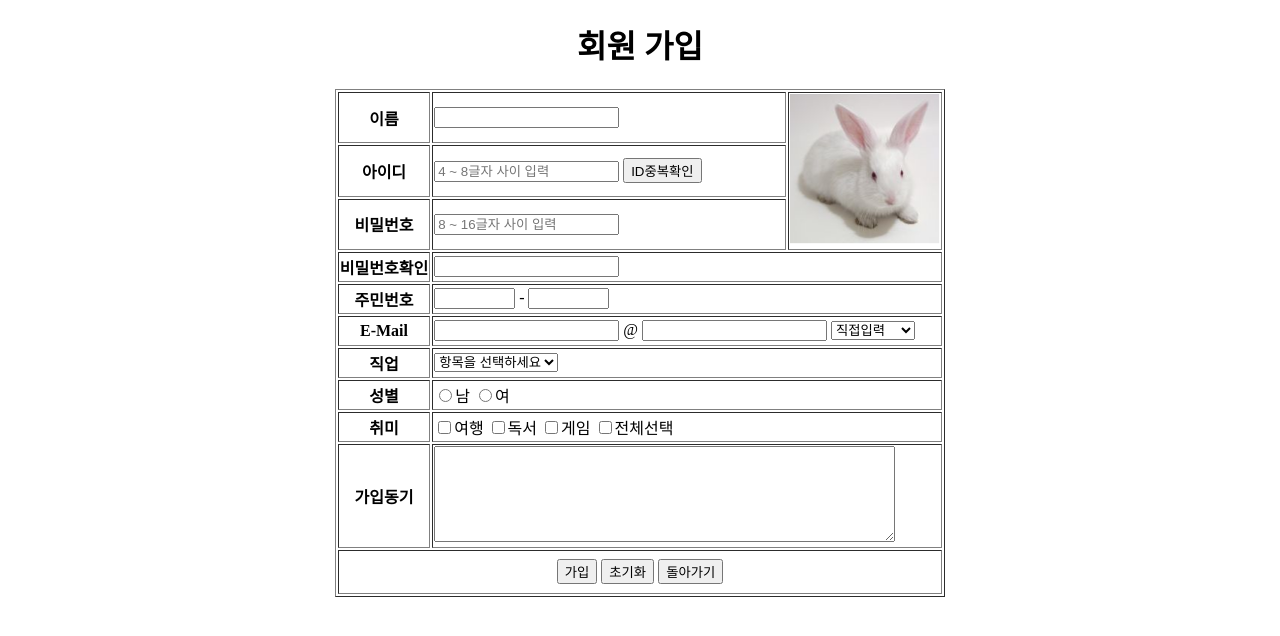
Repository: KimMinseooo/itwillStudy
Page: BACKEND/JSP/workspace_jsp/StudyHTML/src/main/webapp/1025/final_exam.html
The author's editor kept a copy of each file at every save. The page is drawn from the files as they stood at one save, then again after the next save.
The browser window is 1280 px wide. The pictures show the whole page.

Above is the page before, as saved 2024-10-25 06:16:48.

### BACKEND/JSP/workspace_jsp/StudyHTML/src/main/webapp/1025/final_exam.html
<!DOCTYPE html>
<html>
<head>
<meta charset="UTF-8">
<title>Insert title here</title>
</head>
<body>
	<h1 align="center">회원 가입</h1>

		<table border="1" align="center">
			<form action="final_exam_result.html">

			<tr height="30">
				<td align="center" style="font-weight: bold;">이름</td>
				<td width="350">

				<input type="text">
				</td>
				<td rowspan="3" width="150" height="150">
				<img alt="" src="../rabbit.png" width="150" height="150">
				</td>
			</tr>
			<tr height="30">
			<td align="center" style="font-weight: bold;">아이디</td>
			<td>
				<input placeholder="4 ~ 8글자 사이 입력">
				<input type="button" value="ID중복확인">
			</td>
			</tr>
			<tr height="30">
			<td align="center" style="font-weight: bold;">비밀번호</td>
			<td>
				<input placeholder="8 ~ 16글자 사이 입력" type="password">
			</td>
			</tr>
			<tr height="30">
			<td align="center" style="font-weight: bold;">비밀번호확인</td>
			<td colspan="2">
				<input type="password">
			</td>
			</tr>
			<tr height="30">
			<td align="center" style="font-weight: bold;">주민번호</td>
			<td colspan="2">
				<input type="text" size="7"> - <input type="password" size="7">
			</td>
			</tr>
			<tr height="30">
			<td align="center" style="font-weight: bold;">E-Mail</td>
			<td colspan="2">
				<input type="text"> @ <input type="text">
				<select>
					<option >직접입력</option>
					<option>naver.com</option>
					<option>gmail.com</option>
					<option>nate.com</option>
				</select>
			</td>
			</tr>

			<tr height="30">
			<td align="center" style="font-weight: bold;">직업</td>
			<td colspan="2">
				<select>
					<option>항목을 선택하세요</option>
					<option>개발자</option>
					<option>DB엔지니어</option>
				</select>
			</td>
			</tr>
			<tr height="30">
			<td align="center" style="font-weight: bold;">성별</td>
			<td colspan="2">
				<input type="radio" name="gender" id= "male"><label for="male">남</label>
				<input type="radio" name="gender" id= "female"><label for="female">여</label>
			</td>
			</tr>

			<tr height="30">
			<td align="center" style="font-weight: bold;">취미</td>
			<td colspan="2">
				<input type="checkbox" name="hobby" id="hobby1"><label for="hobby1">여행</label>
				<input type="checkbox" name="hobby" id="hobby2"><label for="hobby2">독서</label>
				<input type="checkbox" name="hobby" id="hobby3"><label for="hobby3">게임</label>
				<input type="checkbox" name="hobby" id="hobby4"><label for="hobby4">전체선택</label>

			</td>
			</tr>
			<tr height="30">
			<td align="center" style="font-weight: bold;">가입동기</td>
			<td colspan="2">
				<textarea rows="6" cols="55" ></textarea>
			</td>
			</tr>
			<tr height="30">
			<td colspan="3" width="200" height="40" align="center">
				<input type="submit" value="가입" >
				<input type="reset" value="초기화">
				<input type="button" value="돌아가기">
			</td>
			</tr>
			</form>
		</table>

</body>
</html>

After the next save:
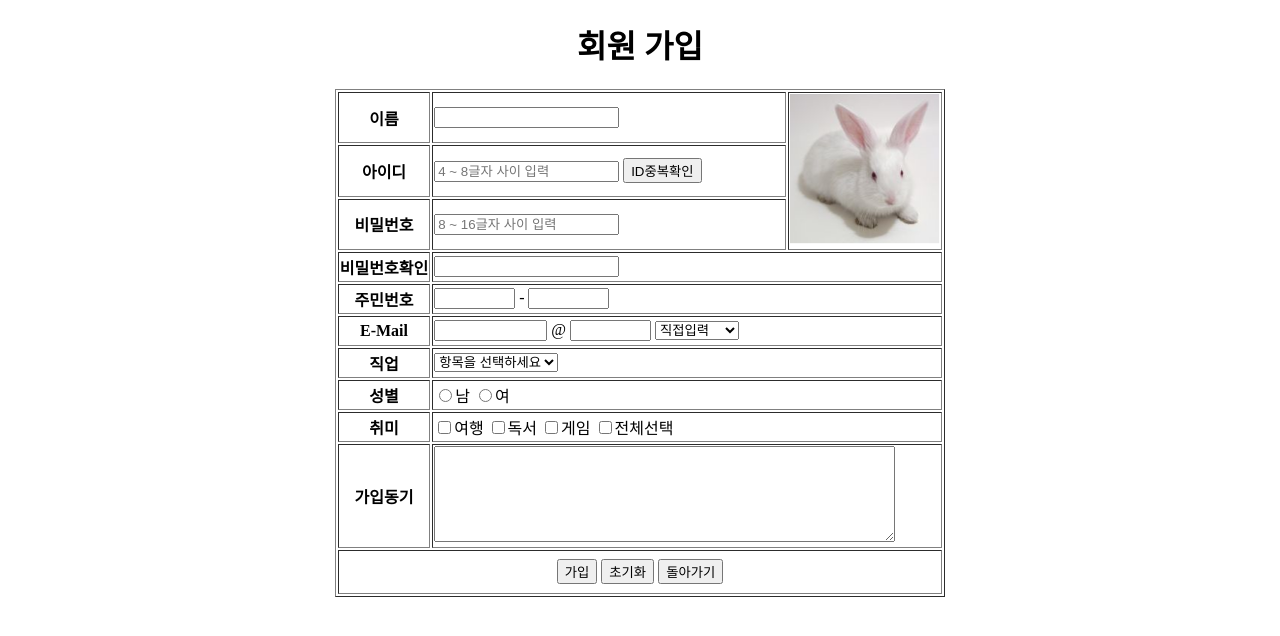
Saved 20 s later.
--- a/BACKEND/JSP/workspace_jsp/StudyHTML/src/main/webapp/1025/final_exam.html
+++ b/BACKEND/JSP/workspace_jsp/StudyHTML/src/main/webapp/1025/final_exam.html
@@ -48,7 +48,7 @@
 			<tr height="30">
 			<td align="center" style="font-weight: bold;">E-Mail</td>
 			<td colspan="2">
-				<input type="text"> @ <input type="text">
+				<input type="text" size="11"> @ <input type="text" size="7">
 				<select>
 					<option >직접입력</option>
 					<option>naver.com</option>
